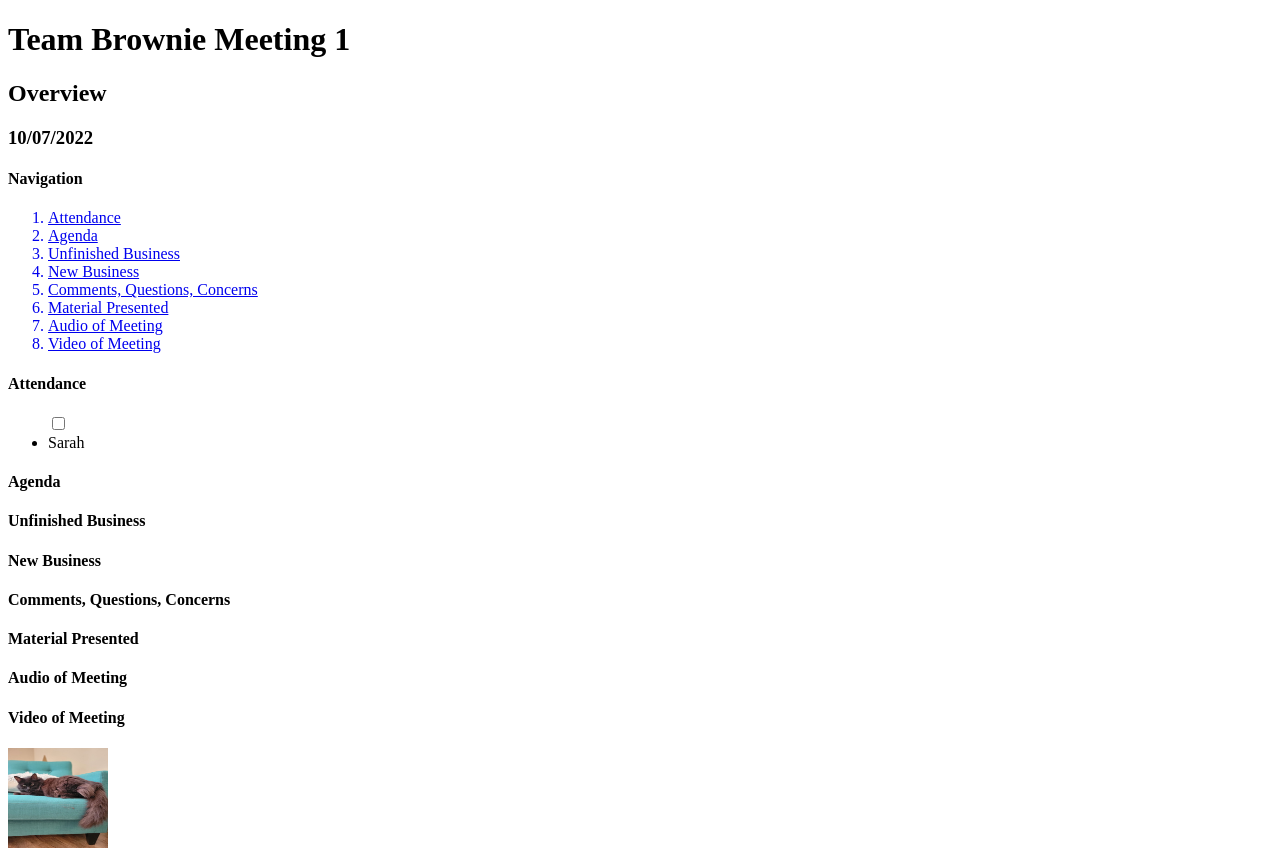
Repository: sarahtthomson/fa22-cse110-lab3
Page: index.html
An editor plug-in stored every save of this project. The page is shown before and after the next save, followed by the edit.
The browser window is 1280 px wide. The pictures show the whole page.

Above is the page before, as saved 2022-10-07 15:09:26.

### index.html
<!DOCTYPE html>
<html lang="en">
    <head>
        <Title>Team Brownie</Title>
        <meta name="description" content="Meeting minutes for Team Brownie">
        <link rel="icon" href="/favicon.ico" />
    </head>
    <body>
        <header>
            <h1>Team Brownie Meeting 1</h1>
            <h2>Overview</h2>
            <h3>10/07/2022</h3>
        </header>
        <main>
            <div class="nav">
                <h4>Navigation</h4>
                <ol>
                    <a href="#Attendance" class="btn"><li>Attendance</li></a>
                    <a href="#Agenda" class="btn"><li>Agenda</li></a>
                    <a href="#Unfinished Business" class="btn"><li>Unfinished Business</li></a>
                    <a href="#New Business" class="btn"><li>New Business</li></a>
                    <a href="#Comments" class="btn"><li>Comments, Questions, Concerns</li></a>
                    <a href="#Material" class="btn"><li>Material Presented</li></a>
                    <a href="#Audio" class="btn"><li>Audio of Meeting</li></a>
                    <a href="#Video" class="btn"><li>Video of Meeting</li></a>
                </ol>
            </div>
            <div class="Attendance" id="Attendance">
                <h4>Attendance</h4>
                <ul>
                    <input type="checkbox"><li>Sarah</li>
                </ul>
            </div>
            <div class="Agenda" id="Agenda">
                <h4>Agenda</h4>
            </div>
            <div class="Unfinished Business" id="Agenda">
                <h4>Unfinished Business</h4>
            </div>
            <div class="New Business" id="New Business">
                <h4>New Business</h4>
            </div>
            <div class="Comments" id="Comments">
                <h4>Comments, Questions, Concerns</h4>
            </div>
            <div class="Material" id="Material">
                <h4>Material Presented</h4>
            </div>
            <div class="Audio" id="Audio">
                <h4>Audio of Meeting</h4>
            </div>
            <div class="Video" id="Video">
                <h4>Video of Meeting</h4>
            </div>
        </main>
        <img height="100" width="100" src="/cat.jpg">
    </body>
</html>

After the next save:
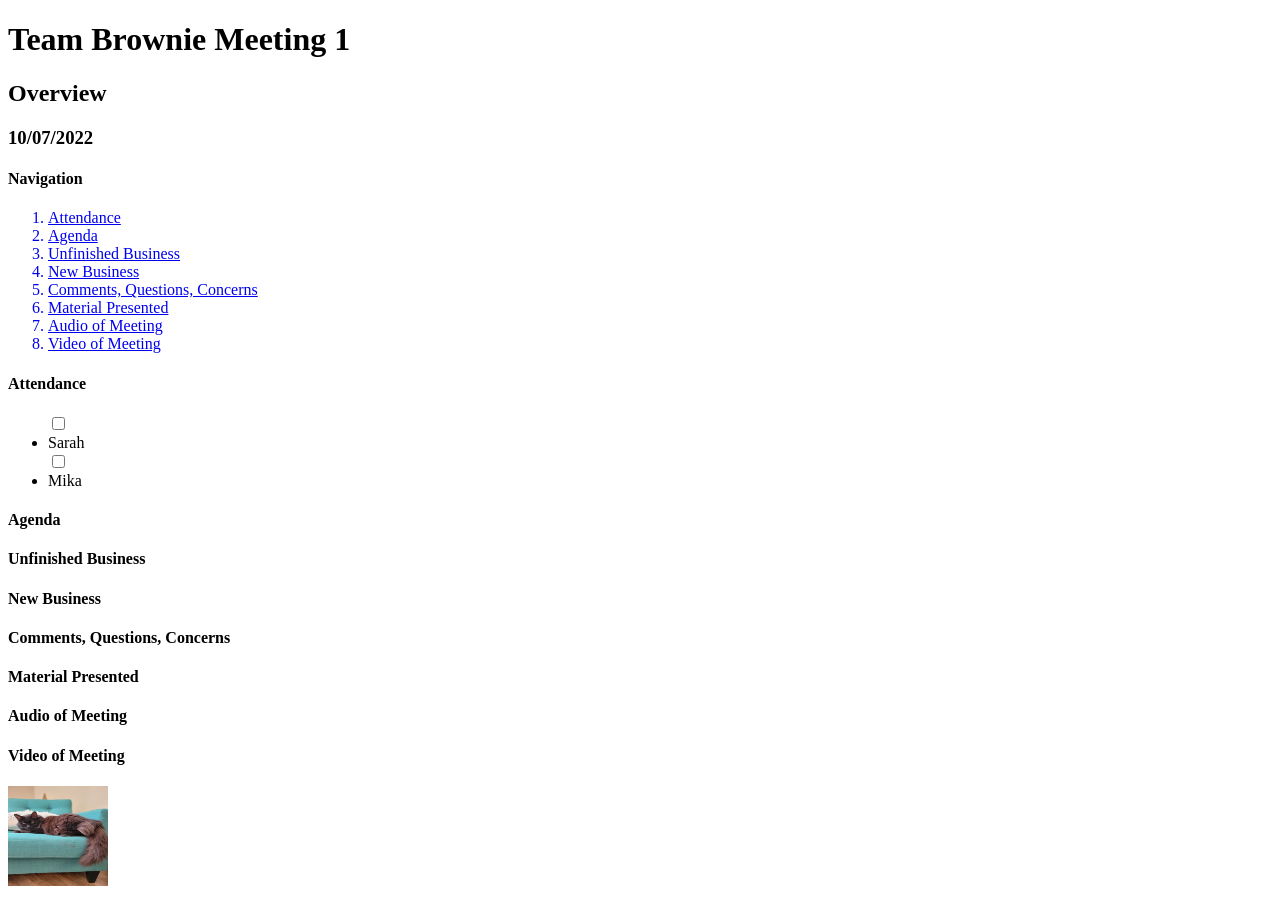
Saved 29 s later.
--- a/index.html
+++ b/index.html
@@ -29,6 +29,7 @@
                 <h4>Attendance</h4>
                 <ul>
                     <input type="checkbox"><li>Sarah</li>
+                    <input type="checkbox"><label><li>Mika</li></label>
                 </ul>
             </div>
             <div class="Agenda" id="Agenda">
